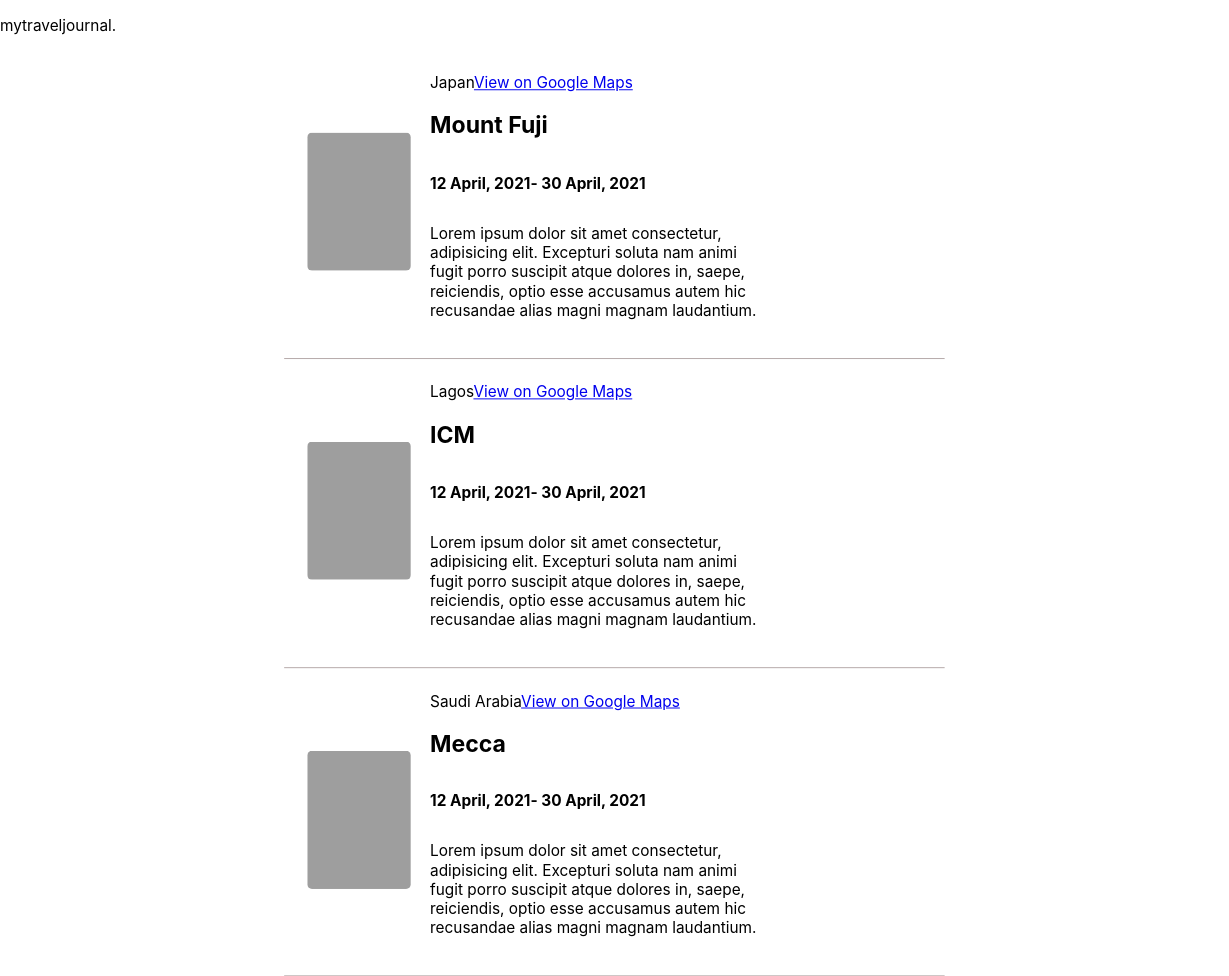
Repository: BuduCE/travel-journal
Page: /
These files come from the project's save history. The page is drawn as it stood at one moment and after a run of saves; the edit follows.
The browser window is 1280 px wide. The pictures show the whole page, at 96% of full size.
Pictures or frames that could not be fetched are drawn as grey boxes. The project was rebuilt for these pictures with package versions that can differ from the ones it lists, and the page was loaded fresh each time.

Above is the page before, as saved 2022-08-25 12:41:56.

After the next 5 saves:
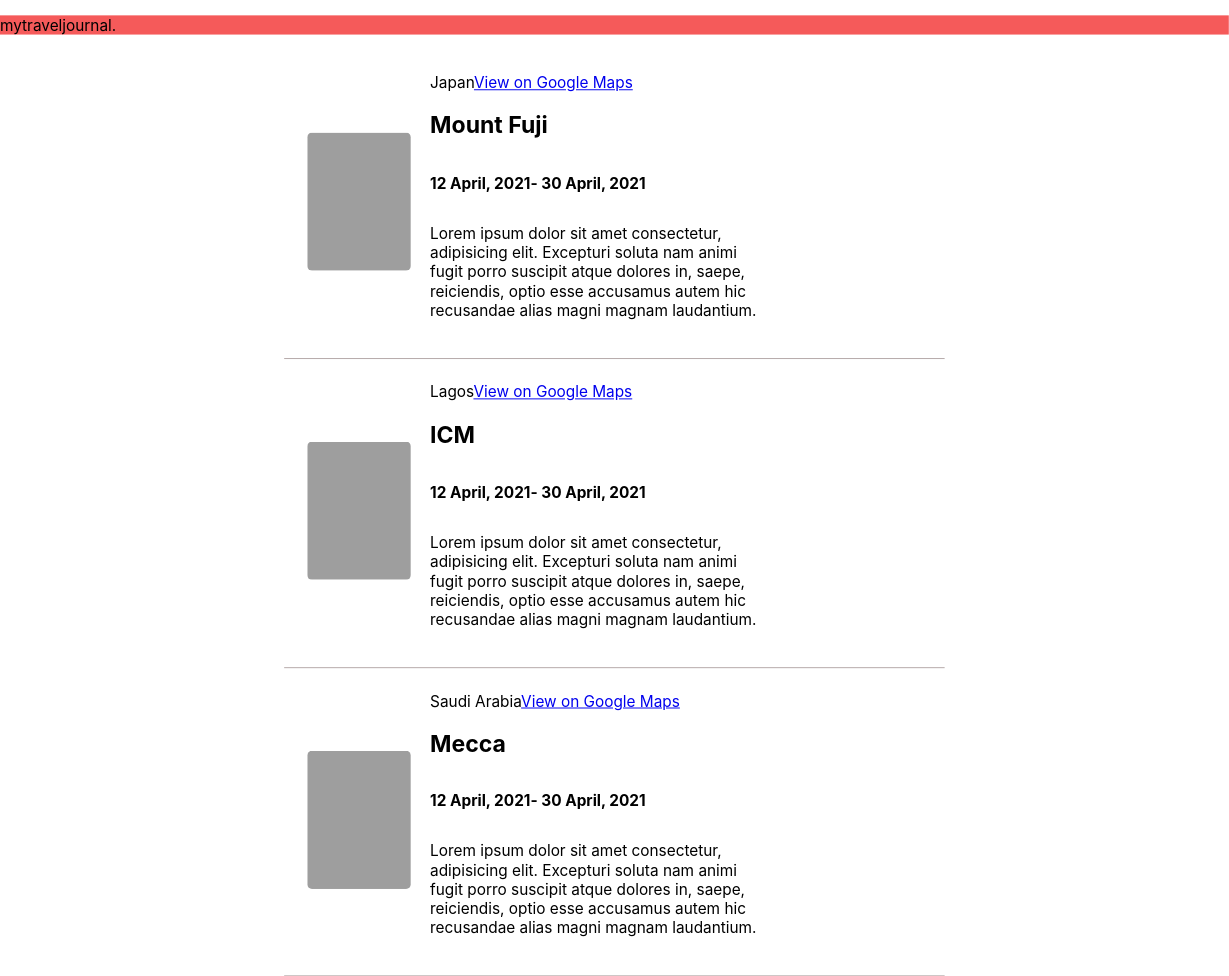
The 5 saves are shown as one change because they came seconds apart.
The last was saved 13 s later.
--- a/src/components/Home/styles.css
+++ b/src/components/Home/styles.css
@@ -1,3 +1,6 @@
+.Home{
+    background: #F55A5A;
+}
 .tour-list{
     /* padding: 40px; */
 }

After the save that followed:
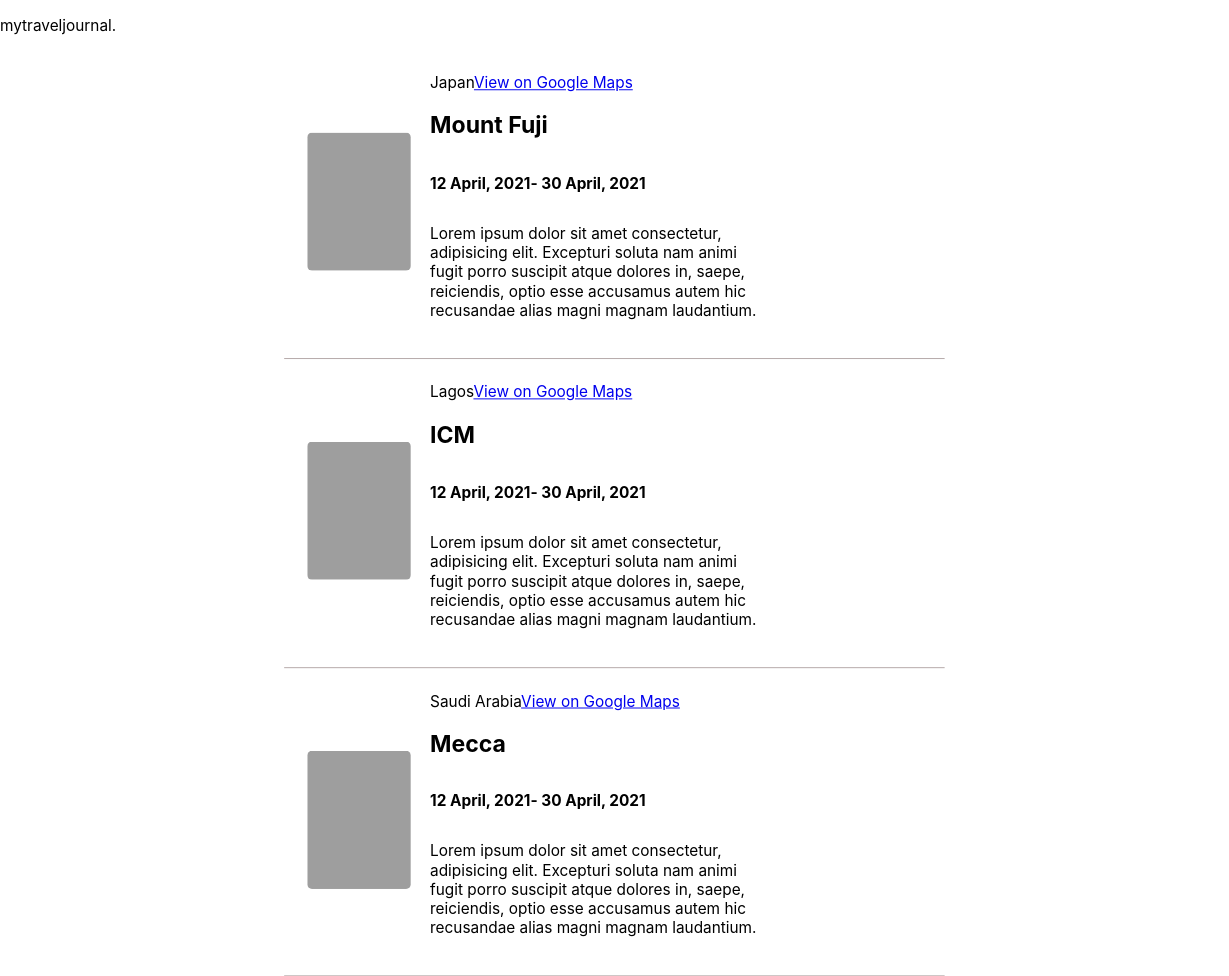
Saved 7 s later.
--- a/src/components/Home/styles.css
+++ b/src/components/Home/styles.css
@@ -1,5 +1,5 @@
 .Home{
-    background: #F55A5A;
+
 }
 .tour-list{
     /* padding: 40px; */
